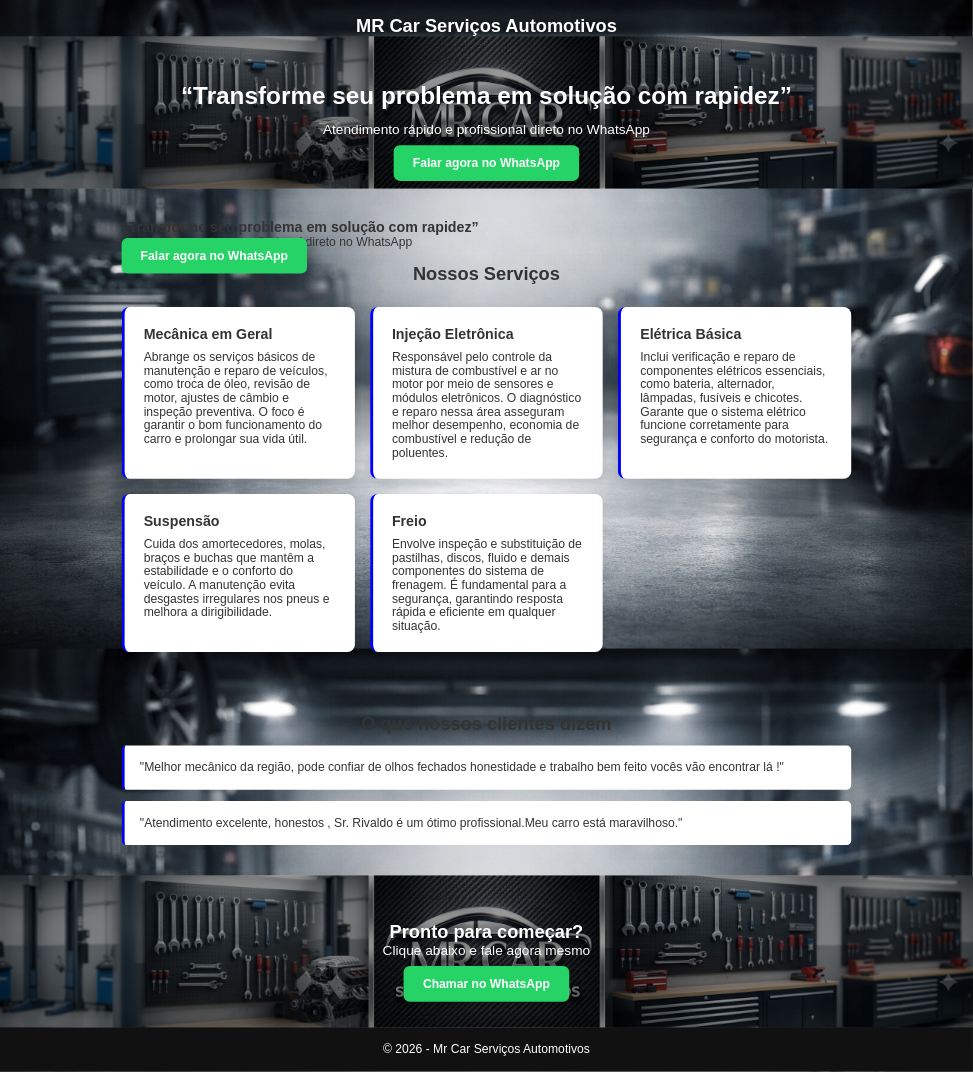
Repository: templaterj1991-Luiz/Main
Page: Template/index.html
The author's editor kept a copy of each file at every save. The page is drawn from the files as they stood at one save, then again after the next save.
The browser window is 1280 px wide. The pictures show the whole page, at 76% of full size.
Backgrounds fixed to the window are drawn as part of the page.

Above is the page before, as saved 2026-06-06 13:57:16.

### Template/index.html
<!DOCTYPE html>
<html lang="pt-BR">

<head>
    <meta charset="UTF-8">
    <meta name="viewport" content="width=device-width, initial-scale=1.0">
    <title>Mr Car Serviços Automotivos</title>
    <style>
        * {
            margin: 0;
            padding: 0;
            box-sizing: border-box;
            font-family: 'Arial', sans-serif;
        }

        body {
            background-image: url(../Template/assests/image_17807634293247997762059382456069.jpeg);
            background-position: center center;
            background-repeat: no-repeat;
            background-size: cover;
            background-attachment: fixed;
            min-height: 100vh;
            color: #333;
        }

        header {
            background: transparent;
            color: #fff;
            padding: 20px 20px 0 20px;
            text-align: center;
        }

        .hero {
            padding: 60px 20px;
            height: 200px;
            text-align: center;
            background-image: url(../Template/assests/Gemini_Generated_Image_hhrxh3hhrxh3hhrx.png);
            background-position: center center;
            background-repeat: no-repeat;
            background-size: cover;
            color: white;
            box-shadow: inset 0 0 0 2000px rgba(0, 0, 0, 0.4);
        }

        .hero h1 {
            font-size: 32px;
            margin-bottom: 15px;
        }

        .hero p {
            font-size: 18px;
            margin-bottom: 25px;
        }

        .btn {
            background: #25D366;
            color: white;
            padding: 15px 25px;
            border-radius: 8px;
            text-decoration: none;
            font-weight: bold;
            transition: 0.3s;
        }

        .btn:hover {
            background: #1ebe5d;
        }

        .container {
            max-width: 1000px;
            margin: auto;
            padding: 40px 20px;
        }

        .grid {
            display: grid;
            grid-template-columns: repeat(auto-fit, minmax(250px, 1fr));
            gap: 20px;
        }

        .card {
            background: white;
            padding: 25px;
            border-radius: 10px;
            box-shadow: 0 4px 10px rgba(0, 0, 0, 0.08);
            border-left: 4px solid blue;
        }

        .card h3 {
            margin-bottom: 10px;
        }

        .testimonial {
            background: #fff;
            padding: 20px;
            border-left: 4px solid blue;
            margin-top: 15px;
            border-radius: 6px;
        }

        footer {
            text-align: center;
            padding: 20px;
            background: #111;
            color: white;

        }
    </style>
</head>

<body>
    <header>
        <h2>MR Car Serviços Automotivos</h2>
    </header>
    <section class="hero">
        <h1>“Transforme seu problema em solução com rapidez”</h1>
        <p>Atendimento rápido e profissional direto no WhatsApp</p> <a class="btn" href="https://wa.me/5521983543090"
            target="_blank"> Falar agora no WhatsApp </a>
    </section>
    <section class="container">
        <section>
        <h1>“Transforme seu problema em solução com rapidez”</h1>
        <p>Atendimento rápido e profissional direto no WhatsApp</p> <a class="btn" href="https://wa.me/5521983543090"
            target="_blank"> Falar agora no WhatsApp </a>
    </section>
        <h2 style="text-align:center; margin-bottom:30px;">Nossos Serviços</h2>
        <div class="grid">
            <div class="card">
                <h3>Mecânica em Geral</h3>
                <p>Abrange os serviços básicos de manutenção e reparo de veículos, como troca de óleo, revisão de motor,
                    ajustes de câmbio e inspeção preventiva. O foco é garantir o bom funcionamento do carro e prolongar
                    sua vida útil.</p>
            </div>
            <div class="card">
                <h3>Injeção Eletrônica </h3>
                <p>Responsável pelo controle da mistura de combustível e ar no motor por meio de sensores e módulos
                    eletrônicos. O diagnóstico e reparo nessa área asseguram melhor desempenho, economia de combustível
                    e redução de poluentes.</p>
            </div>
            <div class="card">
                <h3>Elétrica Básica</h3>
                <p>Inclui verificação e reparo de componentes elétricos essenciais, como bateria, alternador, lâmpadas,
                    fusíveis e chicotes. Garante que o sistema elétrico funcione corretamente para segurança e conforto
                    do motorista.</p>
            </div>
            <div class="card">
                <h3>Suspensão</h3>
                <p>Cuida dos amortecedores, molas, braços e buchas que mantêm a estabilidade e o conforto do veículo. A
                    manutenção evita desgastes irregulares nos pneus e melhora a dirigibilidade.</p>
            </div>
            <div class="card">
                <h3>Freio</h3>
                <p>Envolve inspeção e substituição de pastilhas, discos, fluido e demais componentes do sistema de
                    frenagem. É fundamental para a segurança, garantindo resposta rápida e eficiente em qualquer
                    situação.</p>
            </div>
        </div>
    </section>
    <section class="container">
        <h2 style="text-align:center;">O que nossos clientes dizem</h2>
        <div class="testimonial"> "Melhor mecânico da região, pode confiar de olhos fechados honestidade e trabalho bem
            feito vocês vão encontrar lá !" </div>
        <div class="testimonial"> "Atendimento excelente, honestos , Sr. Rivaldo é um ótimo profissional.Meu carro está
            maravilhoso." </div>
    </section>
    <section class="hero">
        <h2>Pronto para começar?</h2>
        <p>Clique abaixo e fale agora mesmo</p> <a class="btn" href="https://wa.me/5521983543090" target="_blank">
            Chamar no
            WhatsApp </a>
    </section>
    <footer>
        <p>© 2026 - Mr Car Serviços Automotivos</p>
    </footer>
</body>

</html>

After the next save:
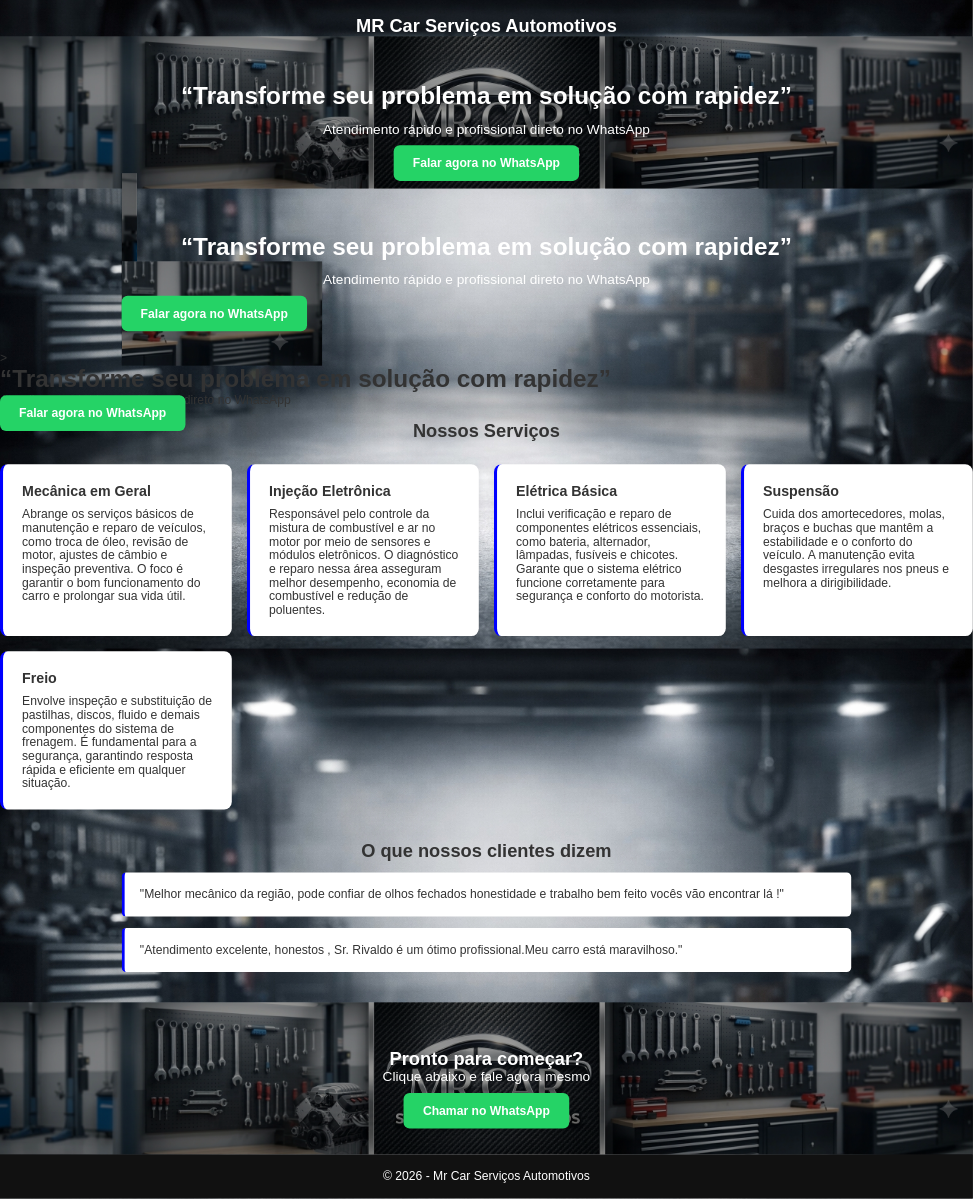
Saved 9 s later.
--- a/Template/index.html
+++ b/Template/index.html
@@ -118,7 +118,11 @@
             target="_blank"> Falar agora no WhatsApp </a>
     </section>
     <section class="container">
-        <section>
+        <section<section class="hero">
+        <h1>“Transforme seu problema em solução com rapidez”</h1>
+        <p>Atendimento rápido e profissional direto no WhatsApp</p> <a class="btn" href="https://wa.me/5521983543090"
+            target="_blank"> Falar agora no WhatsApp </a>
+    </section>>
         <h1>“Transforme seu problema em solução com rapidez”</h1>
         <p>Atendimento rápido e profissional direto no WhatsApp</p> <a class="btn" href="https://wa.me/5521983543090"
             target="_blank"> Falar agora no WhatsApp </a>
